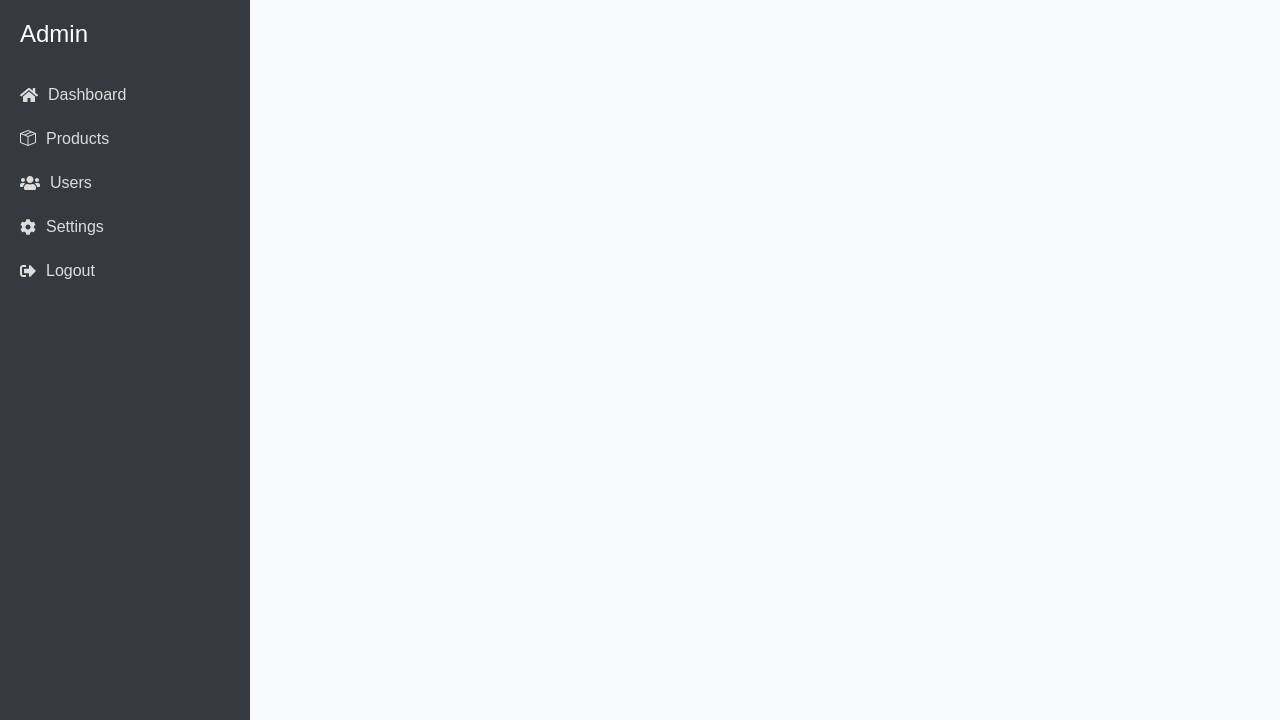
Repository: Darkrepo23/Ecommerce-Manalastas-project
Page: admin/Product-list.html
These files come from the project's save history. The page is drawn as it stood at one moment and after the next save; the edit follows.
The browser window is 1280 px wide. The pictures show the whole page.

Above is the page before, as saved 2026-01-06 09:39:44.

After the next save:
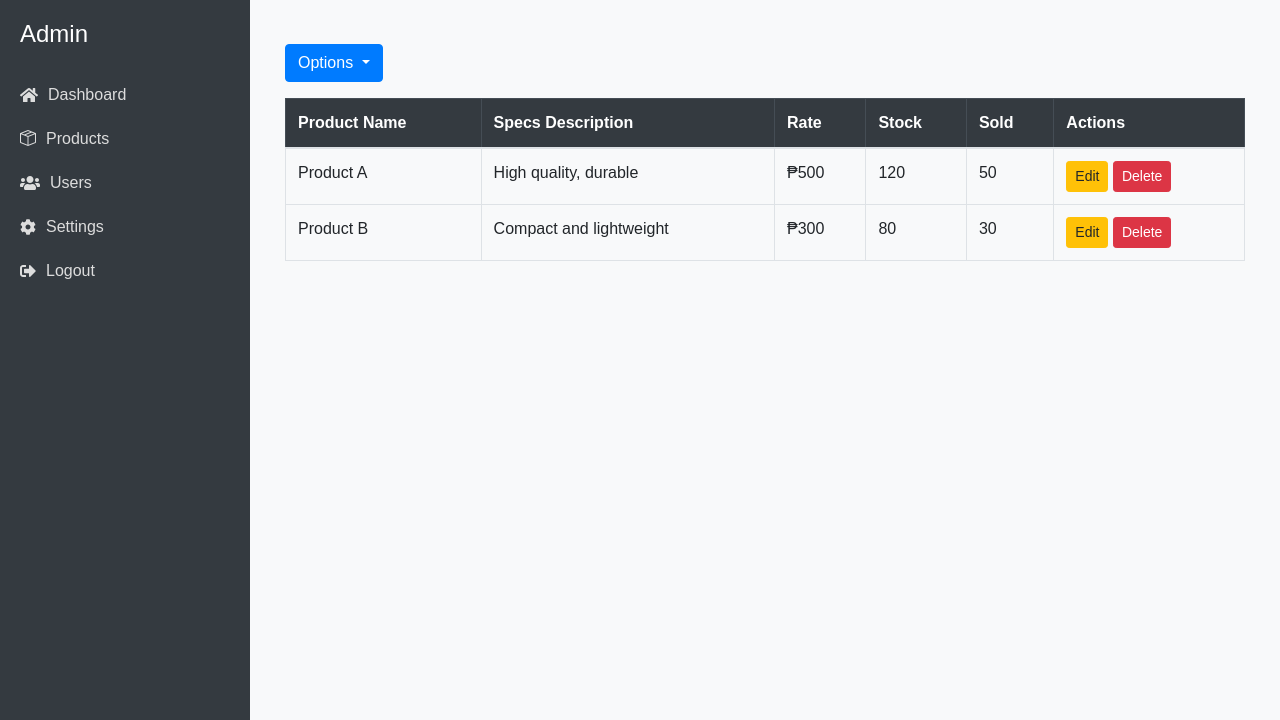
Saved 6 min 15 s later.
--- a/admin/Product-list.html
+++ b/admin/Product-list.html
@@ -159,6 +159,64 @@
 
     <!-- Main Content -->
     <div class="content">
+        <div class="container mt-4">
+
+  <!-- Dropdown -->
+  <div class="mb-3">
+    <div class="dropdown">
+      <button class="btn btn-primary dropdown-toggle" type="button" id="dropdownMenuButton" data-bs-toggle="dropdown" aria-expanded="false">
+        Options
+      </button>
+      <ul class="dropdown-menu" aria-labelledby="dropdownMenuButton">
+        <li><a class="dropdown-item" href="#">Add Product</a></li>
+        <li><a class="dropdown-item" href="#">Export List</a></li>
+        <li><a class="dropdown-item" href="#">Settings</a></li>
+      </ul>
+    </div>
+  </div>
+
+  <!-- Product Table -->
+  <div class="table-responsive">
+    <table class="table table-bordered table-hover">
+      <thead class="table-dark">
+        <tr>
+          <th>Product Name</th>
+          <th>Specs Description</th>
+          <th>Rate</th>
+          <th>Stock</th>
+          <th>Sold</th>
+          <th>Actions</th>
+        </tr>
+      </thead>
+      <tbody>
+        <!-- Example Row -->
+        <tr>
+          <td>Product A</td>
+          <td>High quality, durable</td>
+          <td>₱500</td>
+          <td>120</td>
+          <td>50</td>
+          <td>
+            <button class="btn btn-sm btn-warning me-1">Edit</button>
+            <button class="btn btn-sm btn-danger">Delete</button>
+          </td>
+        </tr>
+        <tr>
+          <td>Product B</td>
+          <td>Compact and lightweight</td>
+          <td>₱300</td>
+          <td>80</td>
+          <td>30</td>
+          <td>
+            <button class="btn btn-sm btn-warning me-1">Edit</button>
+            <button class="btn btn-sm btn-danger">Delete</button>
+          </td>
+        </tr>
+        <!-- Add more rows as needed -->
+      </tbody>
+    </table>
+  </div>
+</div>
     </div>
     <script src="https://cdn.jsdelivr.net/npm/chart.js"></script>
 
